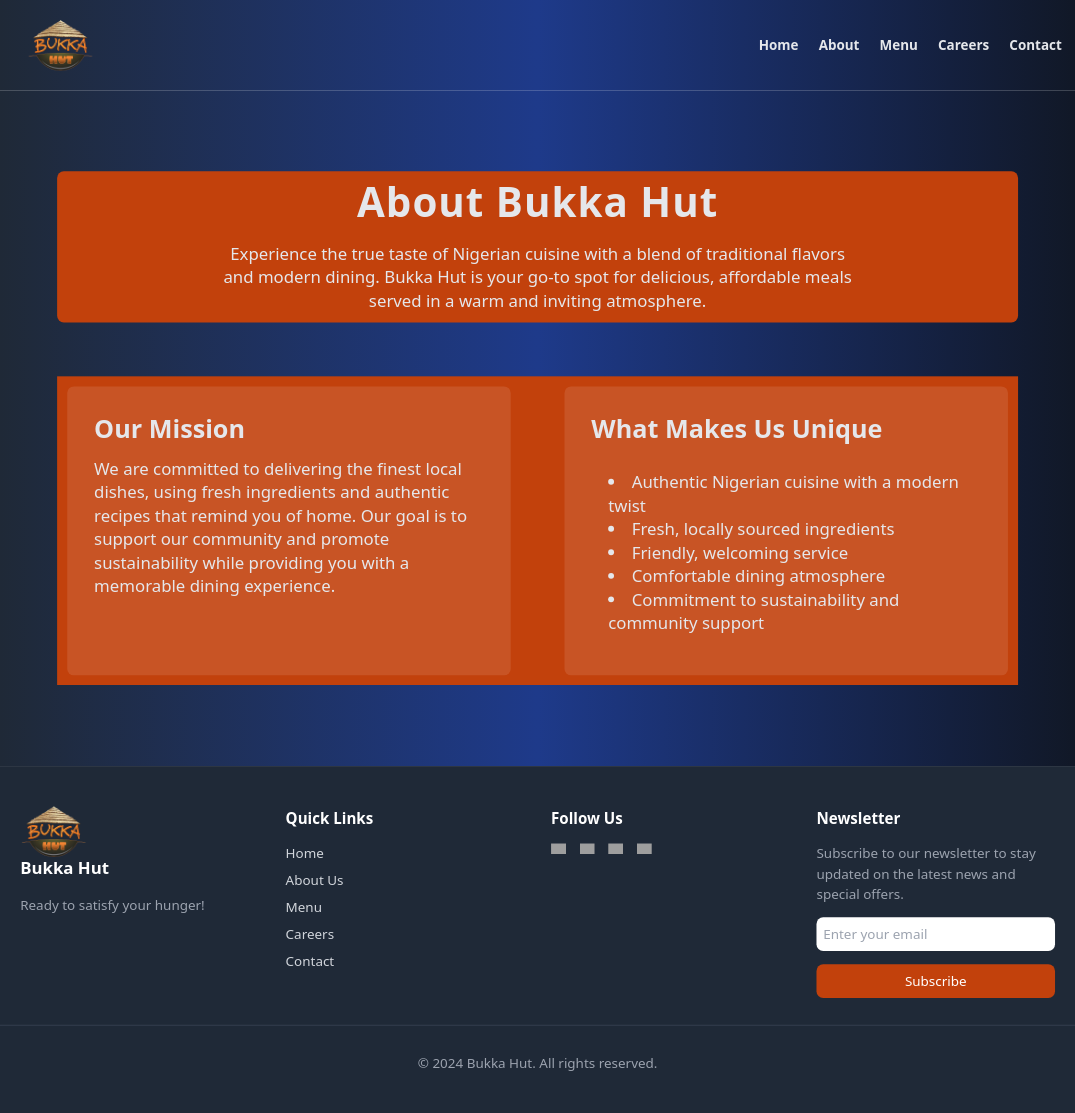
Repository: countaustin1990/BUKKAHUT
Page: About.html
An editor plug-in stored every save of this project. The page is shown before and after the next save, followed by the edit.
The browser window is 1280 px wide. The pictures show the whole page, at 84% of full size.
Pictures or frames that could not be fetched are drawn as grey boxes. Some web libraries are served in a nearby version.

Above is the page before, as saved 2024-08-28 22:47:09.
Console error: TypeError: Cannot read properties of null (reading 'addEventListener')

After the next save:
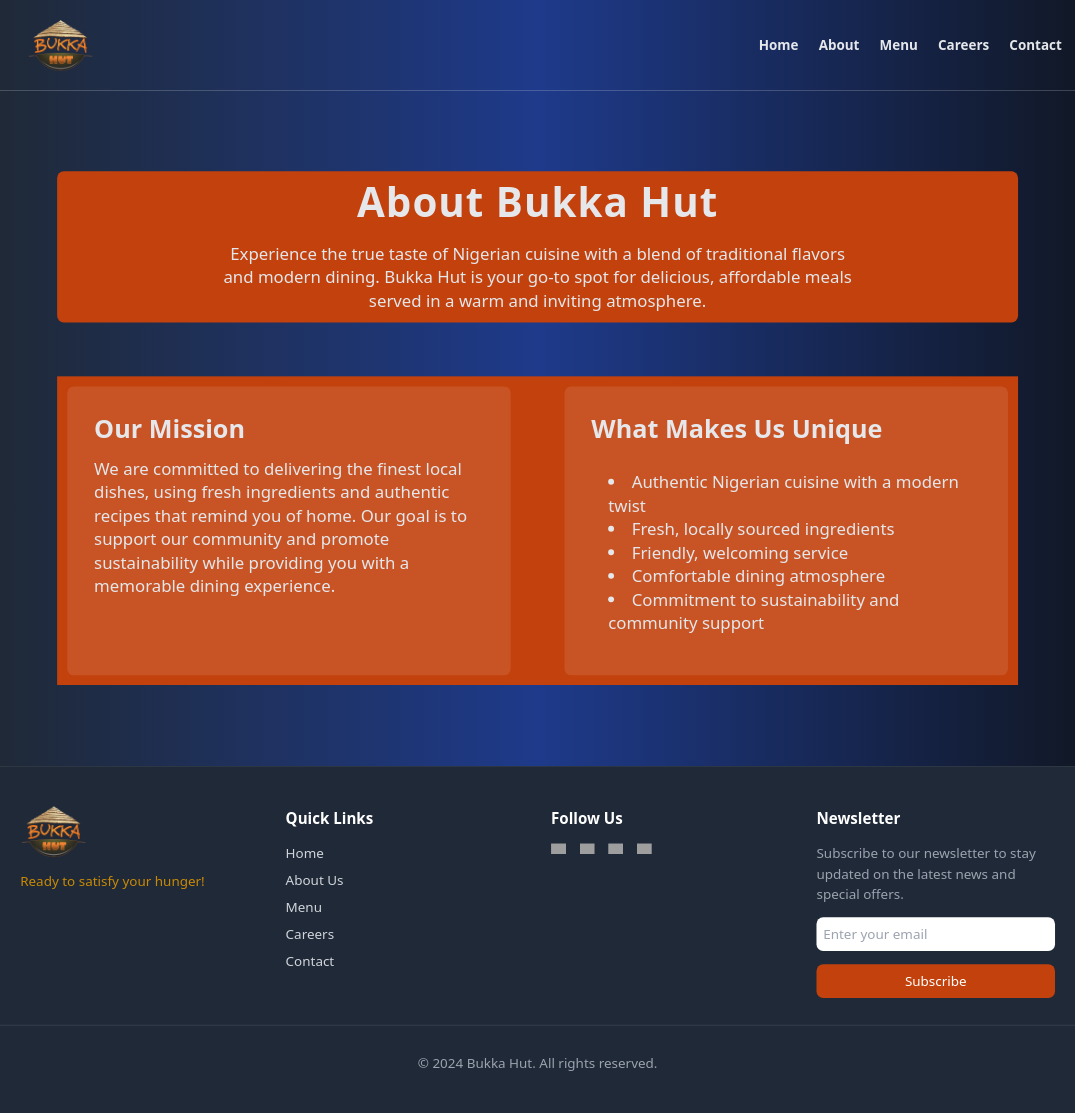
Saved 68 s later.
--- a/About.html
+++ b/About.html
@@ -115,10 +115,10 @@
                     <a href="#" class="flex flex-col lg:flex-row items-center">
                         <img src="Logo-r.png" alt="Bukka Hut" width="80">
                     </a>
-                     <h3 class="text-xl font-bold text-white mb-4">Bukka Hut</h3>
+                     <h3 class="text-xl font-bold text-white mb-4"></h3>
                 </div>
 
-                <p class="text-gray-400 leading-relaxed">
+                <p class="text-yellow-600 leading-relaxed">
                     Ready to satisfy your hunger!
                 </p>
 
